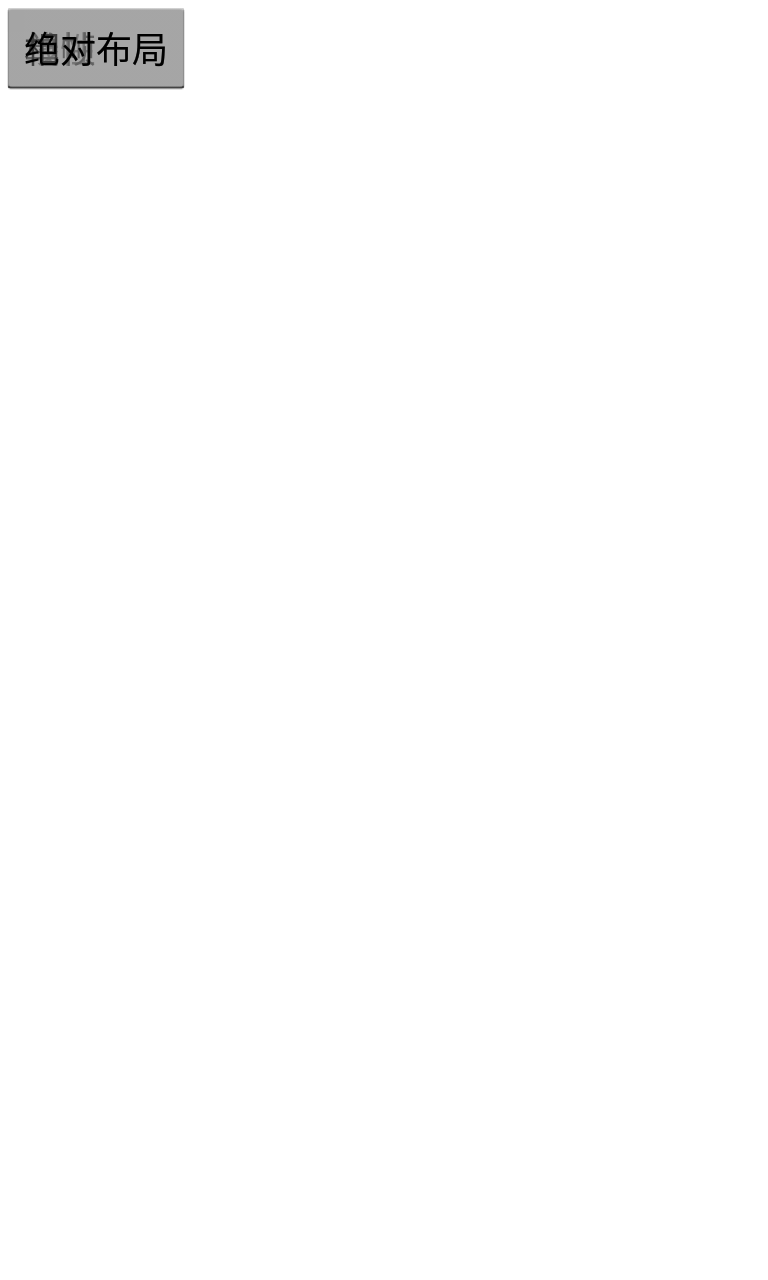
Repository: treizeor/android-examples
Layout: Ch003Layouts/res/layout/framelayout_main.xml
The author's editor kept a copy of each file at every save. The layout is drawn from the files as they stood at one save, then again after the next save.
It is drawn on a 768 x 1280 px phone screen (xhdpi) without system bars, with theme AppTheme; the app's code is not run.

Above is the layout before, as saved 2014-06-02 02:49:56.

### Ch003Layouts/res/layout/framelayout_main.xml
<?xml version="1.0" encoding="utf-8"?>
<FrameLayout xmlns:android="http://schemas.android.com/apk/res/android"
    android:layout_width="match_parent"
    android:layout_height="match_parent" >


    <Button
        android:id="@+id/linear"
        android:layout_width="wrap_content"
        android:layout_height="wrap_content"
        android:text="@string/linear" />

    <Button
        android:id="@+id/frame"
        android:layout_width="wrap_content"
        android:layout_height="wrap_content"
        android:text="@string/frame" />

    <Button
        android:id="@+id/relative"
        android:layout_width="wrap_content"
        android:layout_height="wrap_content"
        android:text="@string/relative" />

    <Button
        android:id="@+id/abs"
        android:layout_width="wrap_content"
        android:layout_height="wrap_content"
        android:text="@string/abs" />

</FrameLayout>

### Ch003Layouts/res/values/strings.xml
<?xml version="1.0" encoding="utf-8"?>
<resources>

    <string name="app_name">Ch003Layouts</string>
    <string name="hello_world">Hello world!</string>
    <string name="action_settings">Settings</string>
    <string name="linear">线性布局</string>
    <string name="frame">单帧布局</string>
    <string name="relative">相对布局</string>
    <string name="abs">绝对布局</string>

</resources>

Loaded but not shown: Ch003Layouts/res/values/styles.xml (common file); Ch003Layouts/res/values-v11/styles.xml (common file); Ch003Layouts/res/values-v14/styles.xml (common file)

After the next save:
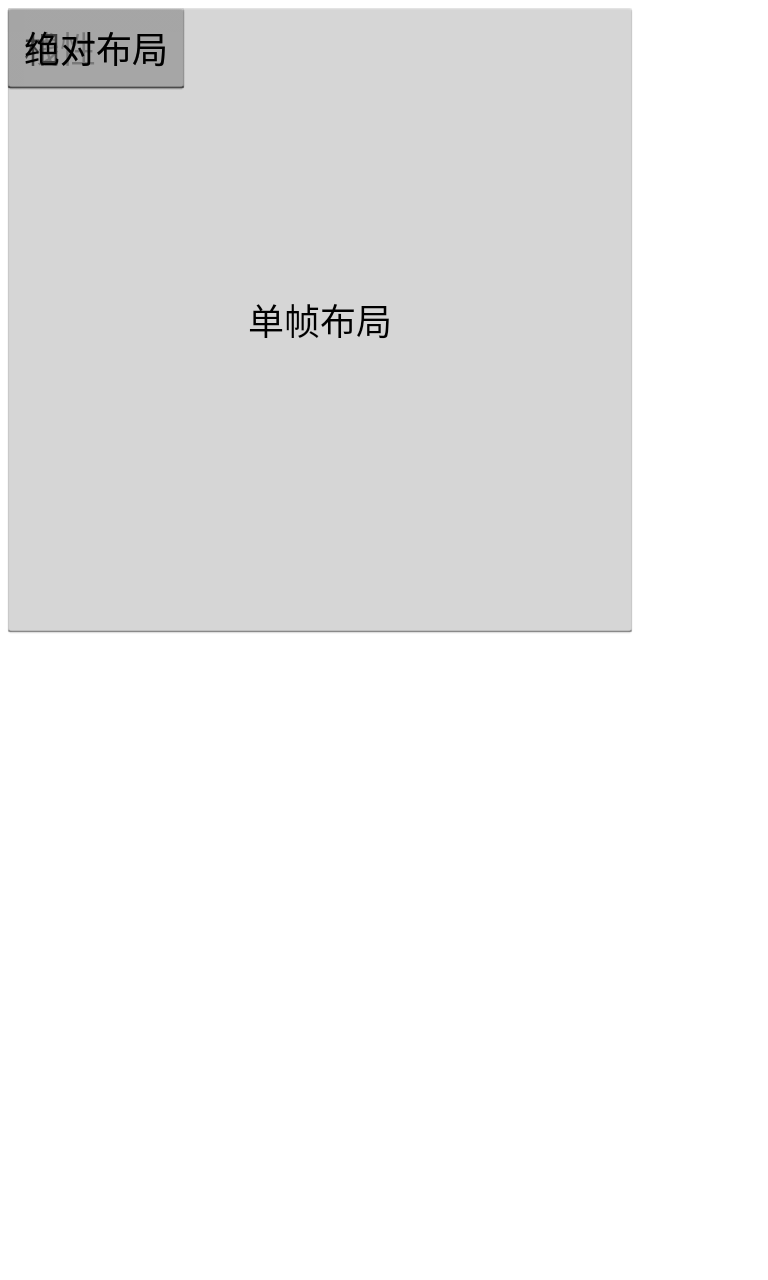
Saved 31 s later.
--- a/Ch003Layouts/res/layout/framelayout_main.xml
+++ b/Ch003Layouts/res/layout/framelayout_main.xml
@@ -12,8 +12,8 @@
 
     <Button
         android:id="@+id/frame"
-        android:layout_width="wrap_content"
-        android:layout_height="wrap_content"
+        android:layout_width="320dp"
+        android:layout_height="320dp"
         android:text="@string/frame" />
 
     <Button
